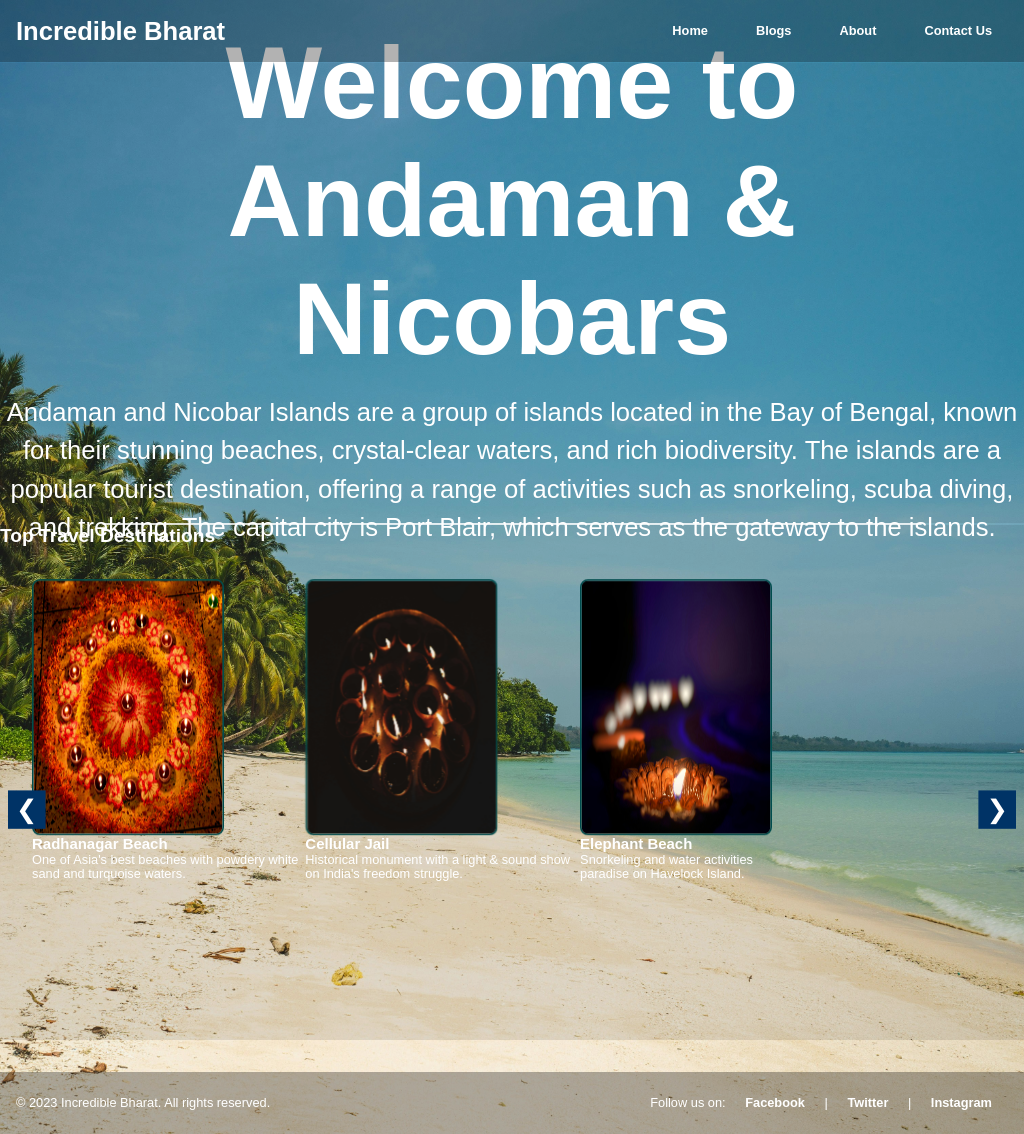
Repository: jaidhiman111/incrediblebharat
Page: destinations/Andaman-Nicobar/Andaman&Nicobar.html
These files come from the project's save history. The page is drawn as it stood at one moment and after the next save; the edit follows.
The browser window is 1280 px wide. The pictures show the whole page, at 80% of full size.

Above is the page before, as saved 2025-05-01 22:19:21.

After the next save:
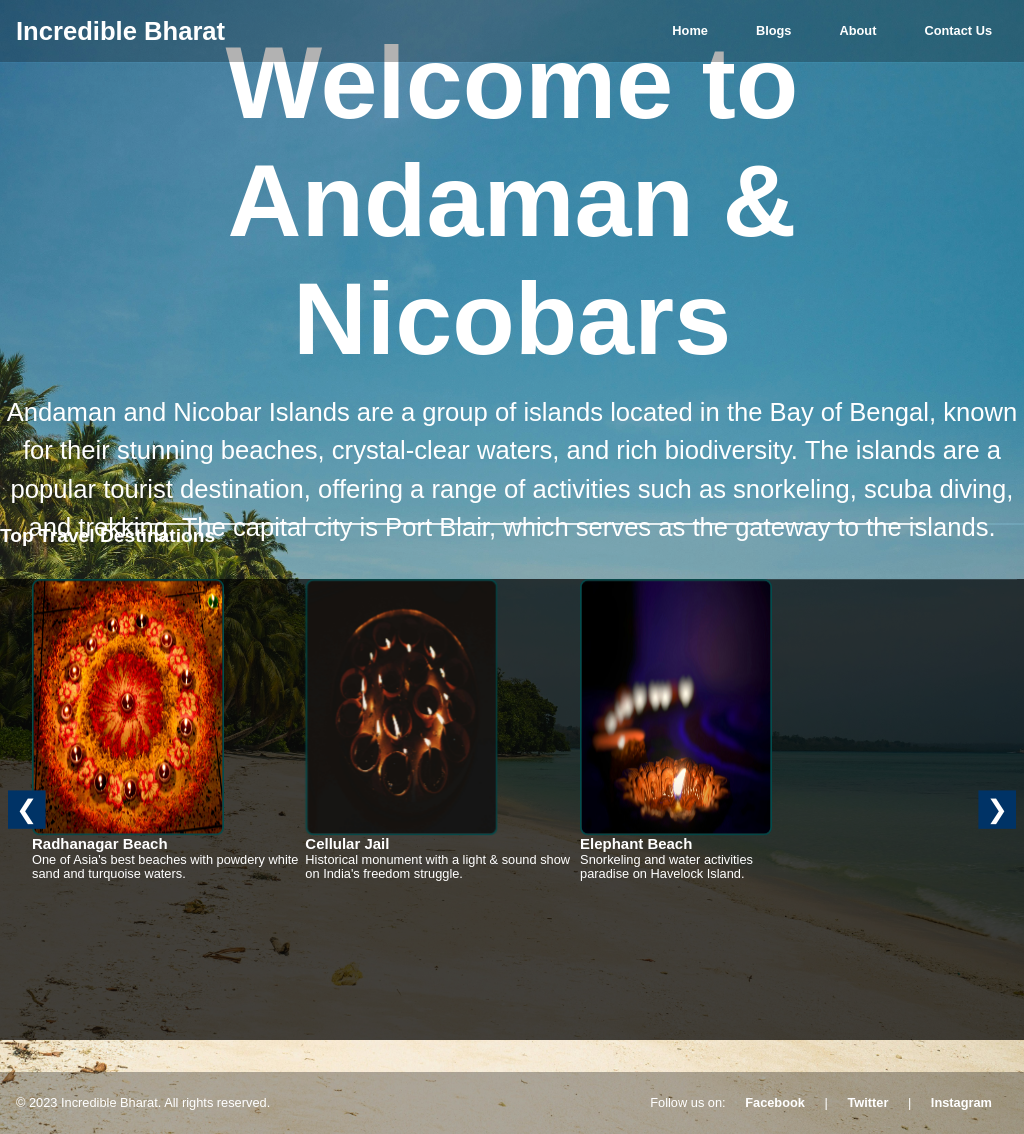
Saved 23 s later.
--- a/assets/style.css
+++ b/assets/style.css
@@ -225,6 +225,7 @@ hr {
 /* --- Andaman & Nicobar Page Enhancements --- */
 
 .slider-container {
+    background-color: rgba(0, 0, 0, 0.7);
     position: relative;
     height: 80vh;
     max-width: 100%;
